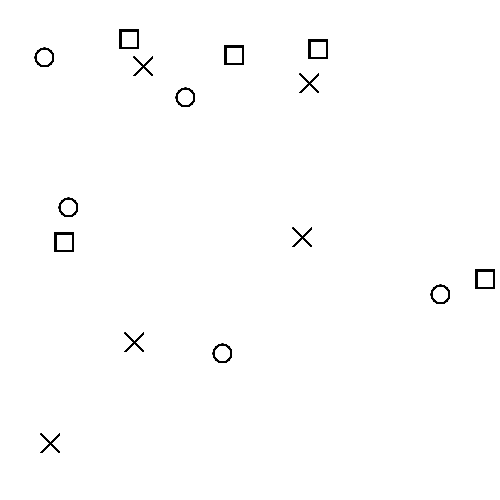
Repository: benceluzsinszky/rock-paper-scissors-simulation-pygame
Script's output: python main.py
These files come from the project's save history. The script's output is drawn as it stood at one moment and after the next save; the edit follows.
The window is shown after at most 60 frames with no key pressed. Random numbers start from a fixed seed. It also reads sprites/paper.png, sprites/rock.png, sprites/scissors.png.

Above is the script's output before, as saved 2023-04-24 19:37:58.

### main.py
import pygame
import sys
import random

from sprites import Sprite


class Game():
    """
    This class initializes the Pygame module and creates the game screen.
    """

    def __init__(self) -> None:
        """
        Initializes Pygame module and creates game screen.
        """
        pygame.init()

        self.clock = pygame.time.Clock()

        pygame.display.set_caption("Rock Paper Scissors")

        self.screen = pygame.display.set_mode((500, 500))

        self.rocks = pygame.sprite.Group()
        self.papers = pygame.sprite.Group()
        self.scissors = pygame.sprite.Group()

        self.sprite_groups = [self.rocks, self.papers, self.scissors]

        self.create_sprites("rock", self.rocks)
        self.create_sprites("paper", self.papers)
        self.create_sprites("scissors", self.scissors)

    def run_game(self):
        """
        Starts the game loop that continues until the user exits the game.
        """
        while True:
            self.check_events()
            self.update_screen()
            self.clock.tick(60)

    def update_screen(self):
        """
        Updates the game screen with new information.
        """
        self.screen.fill((255, 255, 255))

        for group in self.sprite_groups:
            for sprite in group:
                sprite.blit_sprite()

        for rock in self.rocks:
            rock.get_food_info(self.scissors)
            rock.eat()

        pygame.display.flip()

    def check_events(self):
        """
        Checks for user input events such as key presses or window close events.
        """
        for event in pygame.event.get():
            if event.type == pygame.QUIT:
                pygame.quit()
                sys.exit()
            elif event.type == pygame.KEYDOWN:
                if event.key == pygame.K_ESCAPE:
                    self.running = False

    def create_sprites(self, type, group):
        for _ in range(5):
            random_x = random.randint(10, 490)
            random_y = random.randint(10, 490)
            sprite = Sprite(self, type, (random_x, random_y))
            group.add(sprite)


if __name__ == "__main__":
    game = Game()
    game.run_game()

### sprites.py
import pygame
import math

from pygame.sprite import Sprite


class Sprite(Sprite):
    """
    Class that creats a Rock/Papaer/Scissor character.
    """
    def __init__(self, game, character=str, location=tuple) -> None:
        super().__init__()
        self.screen = game.screen
        self.image = pygame.image.load(f"sprites/{character}.png")
        self.image = pygame.transform.scale(self.image, (20, 20))
        self.image.set_colorkey((255, 255, 255))
        self.rect = self.image.get_rect()
        self.rect.x = location[0]
        self.rect.y = location[1]
        self.closest_food = None
        self.closest_food_distance = float("inf")

    def blit_sprite(self):
        self.screen.blit(self.image, self.rect)

    def get_food_info(self, food):
        for sprite in food:
            distance = math.sqrt((
                sprite.rect[0] - self.rect[1])**2 + (sprite.rect[1] - self.rect[1])**2)
            if distance < self.closest_food_distance:
                self.closest_food_distance = distance
                self.closest_food = sprite

    def eat(self):
        direction = pygame.math.Vector2(self.closest_food.rect.center) - pygame.math.Vector2(self.rect.center)
        direction.normalize_ip()
        self.rect = self.rect.move(direction * 1)

After the next save:
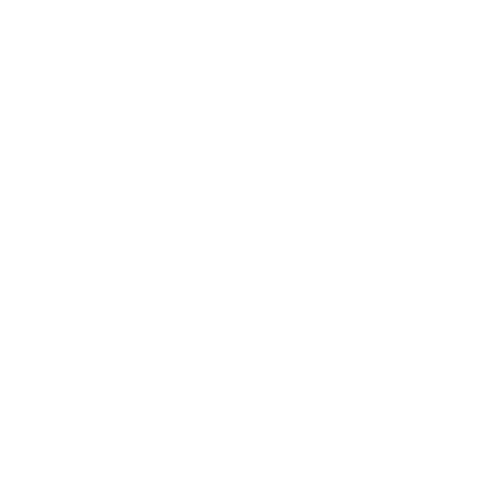
Error (its wording comes from the project's code and is left out).
Saved 17 s later.
--- a/sprites.py
+++ b/sprites.py
@@ -34,4 +34,4 @@
     def eat(self):
         direction = pygame.math.Vector2(self.closest_food.rect.center) - pygame.math.Vector2(self.rect.center)
         direction.normalize_ip()
-        self.rect = self.rect.move(direction * 1)
+        self.rect = self.rect.move_ip(direction * 1)

After the save that followed:
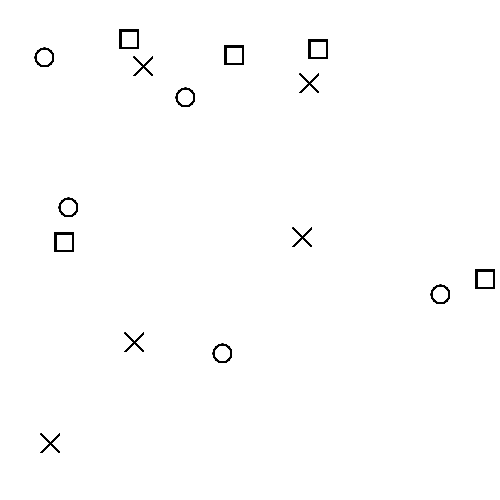
The error is gone.
Saved 23 s later.
--- a/sprites.py
+++ b/sprites.py
@@ -34,4 +34,4 @@
     def eat(self):
         direction = pygame.math.Vector2(self.closest_food.rect.center) - pygame.math.Vector2(self.rect.center)
         direction.normalize_ip()
-        self.rect = self.rect.move_ip(direction * 1)
+        self.rect.move_ip(direction * 1)
